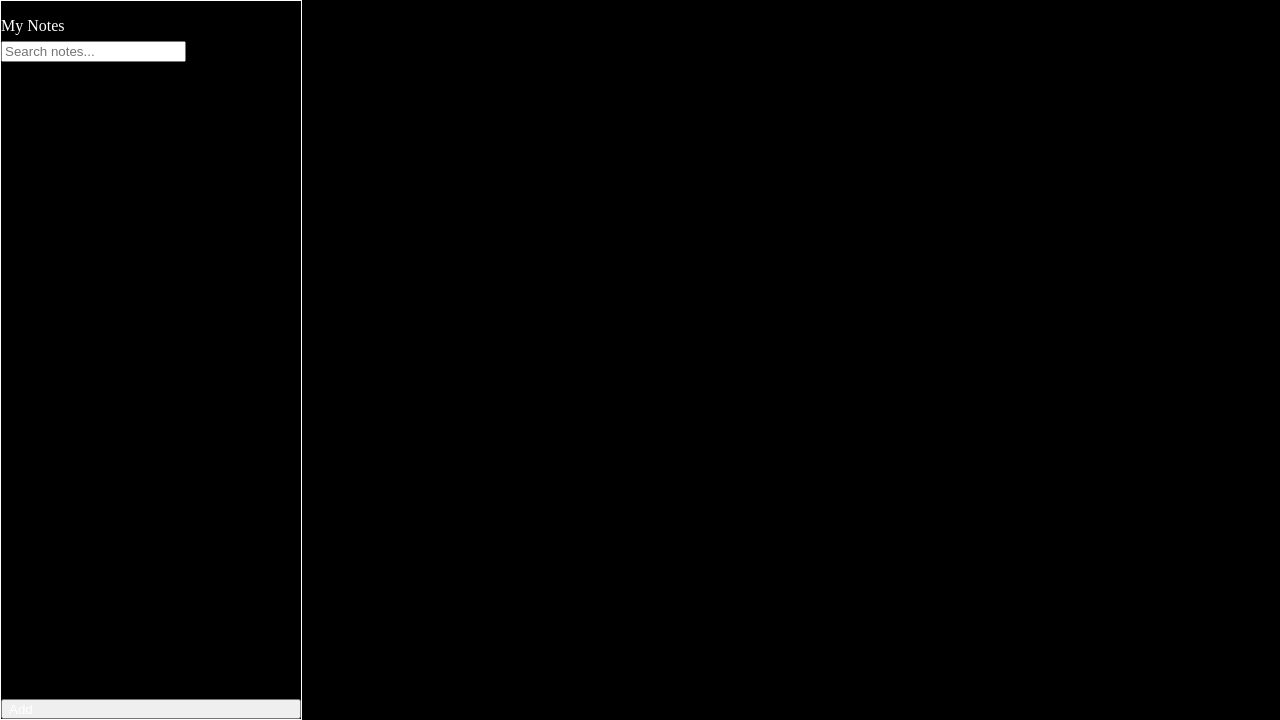
Repository: dmpelaez/myNotes
Page: QuickNotes.html
These files come from the project's save history. The page is drawn as it stood at one moment and after the next save; the edit follows.
The browser window is 1280 px wide. The pictures show the whole page.

Above is the page before, as saved 2025-12-18 20:36:34.

### QuickNotes.html
<!DOCTYPE html>

  <html>

    <head>

      <title>Quick Notes</title>

      <!--CSS LINK-->
      <link rel="stylesheet" href="QuickNotes.css">
    </head>
    <body>

      <aside class="aside-section">

        <!--My notes part-->
        <div class="myNotes">
          <p class="my-notes-text">My Notes</p>
        </div>
        <!--Search notes-->
        <div class="input-box">
          <input class="input" placeholder="Search notes...">
        </div>
        <!--Notes-->
        <div class="note-list"></div>
        <!--add button-->
        <button class="add-button">Add</button>

      </aside>


    </body>

  </html>

### QuickNotes.css
body {
  margin: 0;
  padding: 0;
  background: black;
}
* {
  color: rgb(255, 255, 255);
}
.aside-section {
  border: 1px solid white;
  display: grid;
  width: 300px;
  position: fixed;
  bottom: 0;
  top: 0;
  grid-template-rows: 40px 30px 1fr 20px;
}

.input {
  color: black;

}
.add-button {
  display: flex;
}

After the next save:
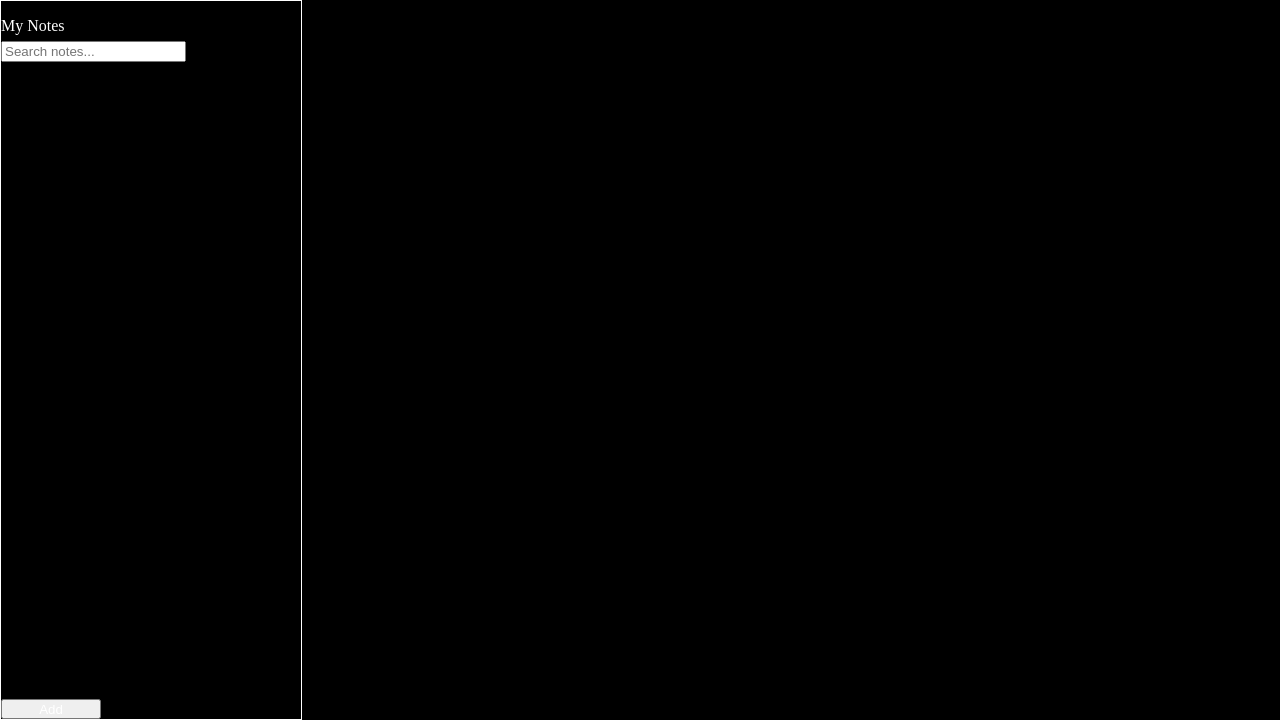
Saved 9 s later.
--- a/QuickNotes.css
+++ b/QuickNotes.css
@@ -21,5 +21,5 @@ body {
 
 }
 .add-button {
-  display: flex;
+  width: 100px;
 }
